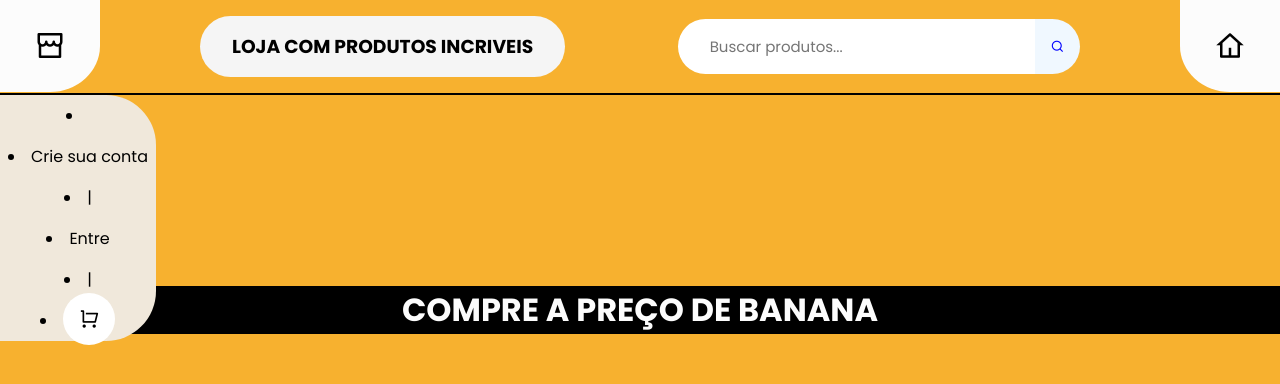
Repository: Guilherme-Beckman/Loja-Online-MVC-Spring
Page: http://localhost/home
These files come from the project's save history. The page is drawn as it stood at one moment and after the next save; the edit follows.
The browser window is 1280 px wide. The pictures show the whole page.
The page is this project's Thymeleaf template; nobody is signed in. The template is opened directly, without the code that normally fills it, so the values that code supplies are empty.

Above is the page before, as saved 2024-03-18 19:50:42.

After the next save:
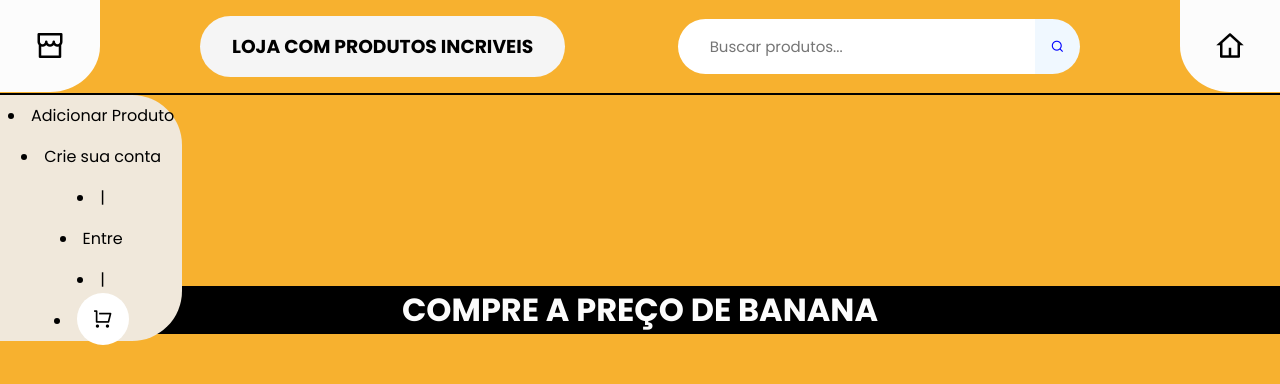
Saved 9 s later.
--- a/Documents/Loja-Online-MVC-Spring/loja-online/src/main/resources/templates/home.html
+++ b/Documents/Loja-Online-MVC-Spring/loja-online/src/main/resources/templates/home.html
@@ -31,8 +31,8 @@
     </div>
     <div class="nav2">
         <div class="back-circle">
-            <li>
 
+				<li><span><a href="/add-product">Adicionar Produto</a></span></li>
                 <li><span><a href="/register">Crie sua conta</a></span></li>
                 <li>|</li>
                 <li><span><a href="/login">Entre</a></span></li>
